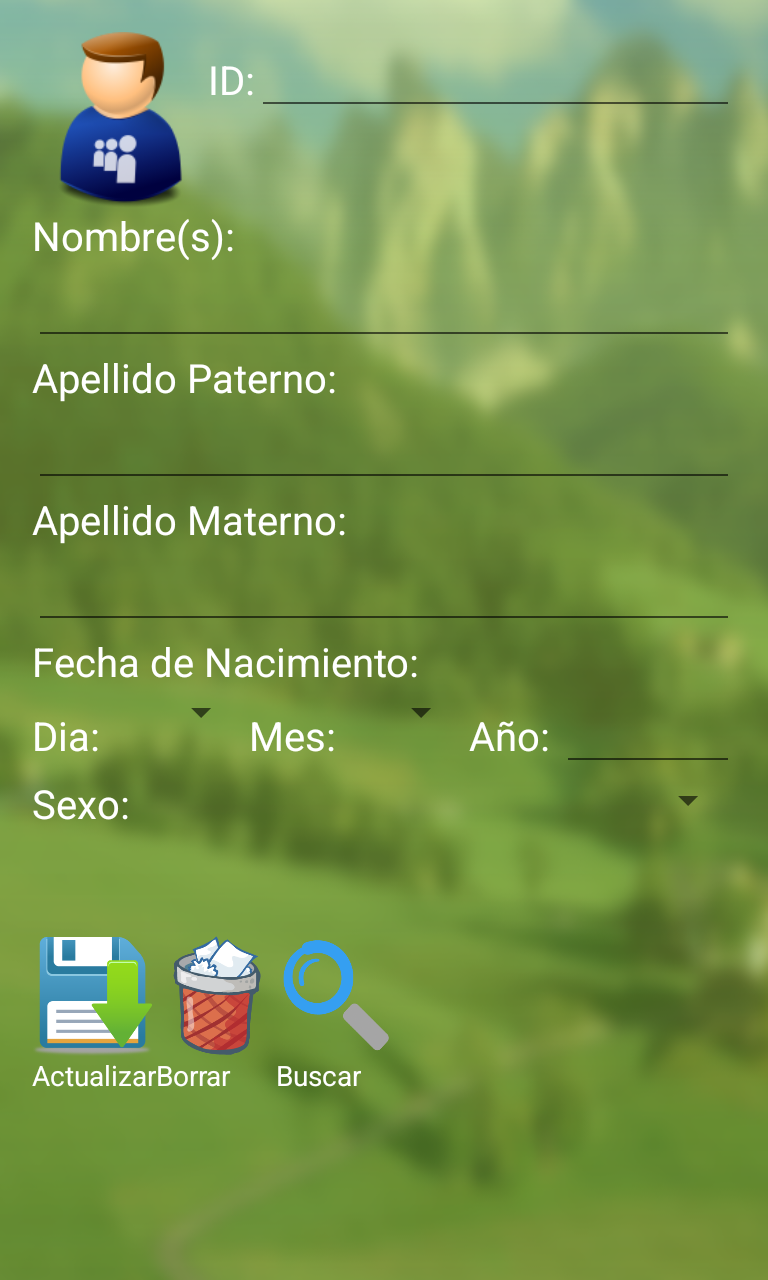
Repository: AntonioloNeviani/ProyectoDeInvestigacion_Android
Layout: FiliiStude/res/layout/activity_editar_usuario.xml
The author's editor kept a copy of each file at every save. The layout is drawn from the files as they stood at one save, then again after the next save.
It is drawn on a 768 x 1280 px phone screen (xhdpi) without system bars, with theme AppTheme; the app's code is not run.

Above is the layout before, as saved 2015-05-26 18:44:00.

After the next save:
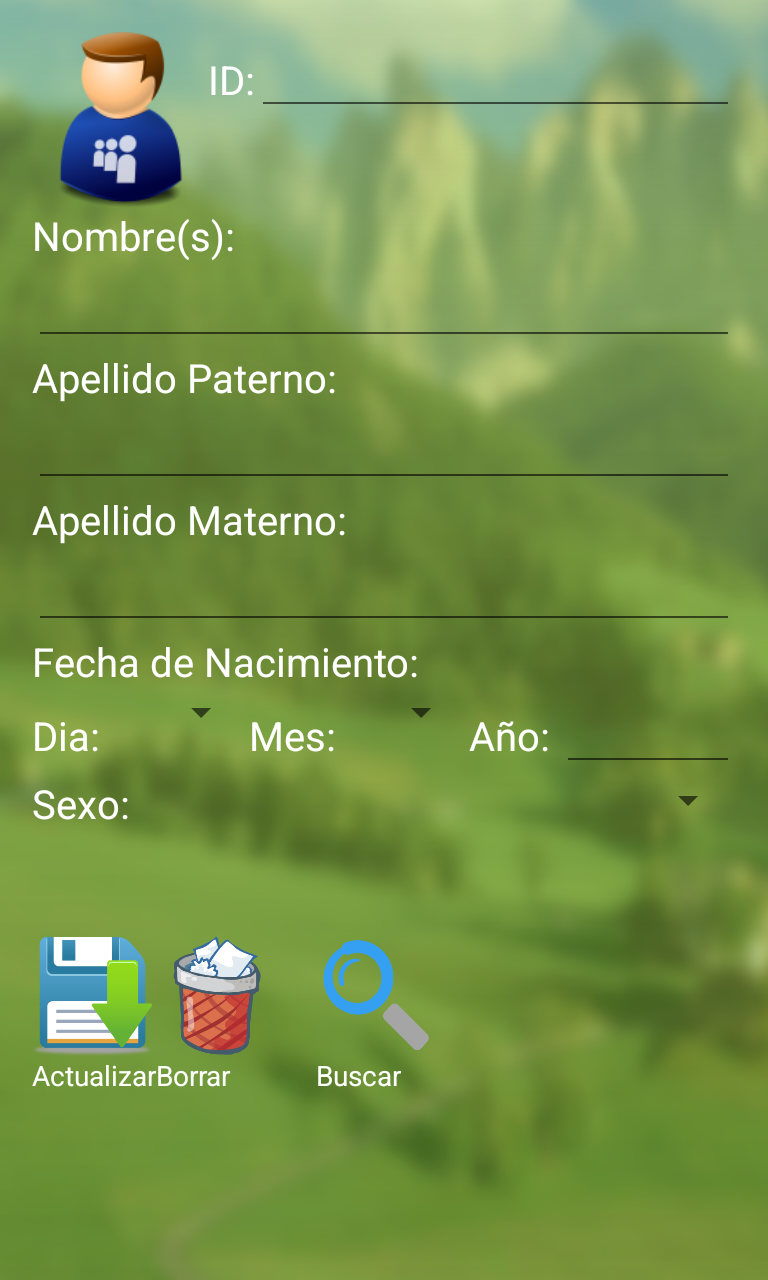
Saved 51 s later.
--- a/FiliiStude/res/layout/activity_editar_usuario.xml
+++ b/FiliiStude/res/layout/activity_editar_usuario.xml
@@ -204,8 +204,8 @@
                 </LinearLayout>
 
 				<LinearLayout
-                    android:layout_width="wrap_content"
-                    android:layout_height="80dp"
+                    android:layout_width="80dp"
+                    android:layout_height="match_parent"
                     android:orientation="vertical" >
 
                     <ImageButton
